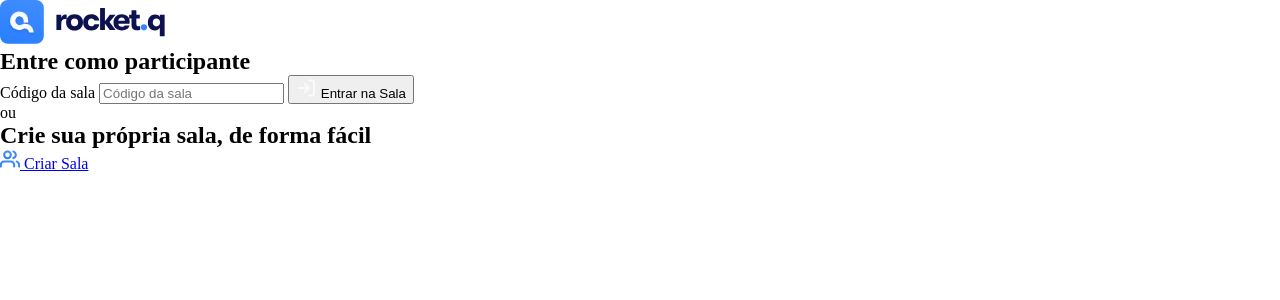
Repository: frnndlima/rocket.q
Page: home.html
An editor plug-in stored every save of this project. The page is shown before and after a run of saves, followed by the edit.
The browser window is 1280 px wide. The pictures show the whole page.

Above is the page before, as saved 2021-08-30 14:57:16.

### home.html
<!DOCTYPE html>
  <head>
    <title>Criar Sala - Rocket.Q</title>
    <link rel="stylesheet" href="styles/global.css" />
    <link rel="stylesheet" href="styles/home.css" />
  </head>
  <body>
    <header>
      <img src="public/images/logo.svg" alt="rocket.q logo"/>
    </header>

    <main>
      <div class="container">
        <section>
          <h2>Entre como participante</h2>
          <form action="">
            <label for="room-id" class="sr-only">Código da sala</label>
            <input type="text" id="room-id" placeholder="Código da sala" />
            <button>
              <img src="public/images/enter-room.svg" alt="Entrar na Sala" />
              Entrar na Sala
            </button>
          </form>
        </section>

        <div class="separator">
          <div></div>
          <div>ou</div>
          <div></div>
        </div>

        <section>
          <h2>Crie sua própria sala, de forma fácil</h2>
          <a href="create-room.html">
            <img src="public/images/users.svg" alt="Criar Sala"> Criar Sala
          </a>
        </section>
      </div>
    </main>
  </body>

</html>

### styles/global.css
* {
  margin: 0;

}

html {
  --black: #0D114F;
  --white: #FAFAFA;
  --red: #E83F5B;
  --light-blue: #E0ECFF;
  --blue: #3485FF;
  --background: #FBFCFF;
  --overlay: #040911;
  --icons-details: #A5B0C1;

  --grey-dark: #4D5E77;
  --grey-blue: #A1B2CD;
  --grey-medium: #D3D9E2;
  --grey-light: #E5EAF1;

}

Loaded but not shown: styles/home.css (no stored copy; drawn as an empty file)

After the next 3 saves:
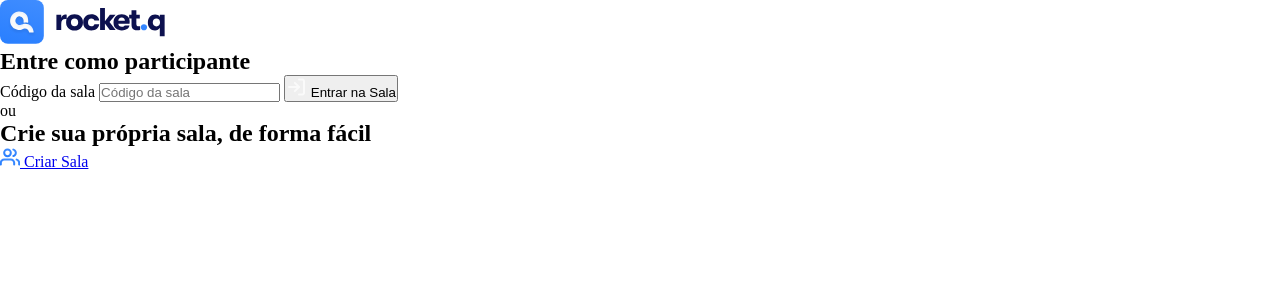
The 3 saves are shown as one change because they came seconds apart.
The last was saved 12 s later.
--- a/styles/global.css
+++ b/styles/global.css
@@ -1,6 +1,7 @@
 * {
   margin: 0;
-
+  padding: 0;
+  border:
 }
 
 html {
